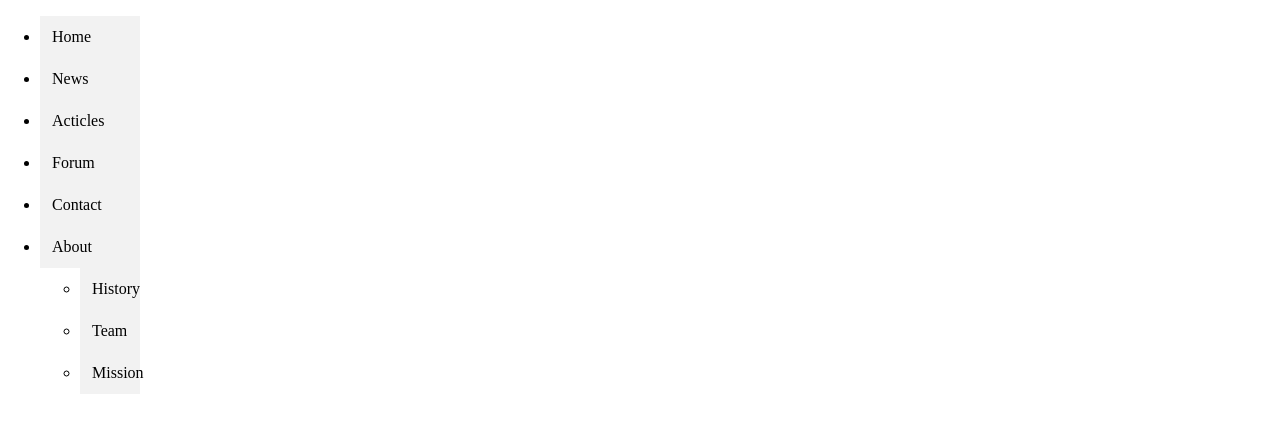
Repository: G1tHub-zer0/BTTH
Page: BTCSS/bai16+20.html
These files come from the project's save history. The page is drawn as it stood at one moment and after the next save; the edit follows.
The browser window is 1280 px wide. The pictures show the whole page.

Above is the page before, as saved 2024-03-22 19:42:44.

After the next save:
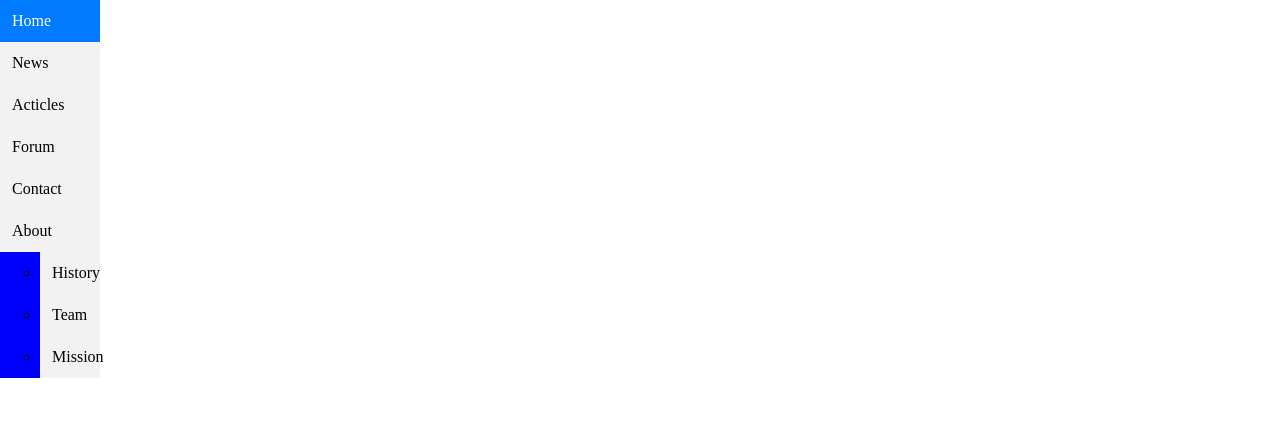
Saved 22 s later.
--- a/BTCSS/bai16+20.css
+++ b/BTCSS/bai16+20.css
@@ -5,6 +5,10 @@ body {
 }
 .menu {
   width: 100px;
+  list-style-type: none;
+  margin: 0;
+  padding: 0;
+  background-color: blue;
 }
 .menu a {
   background-color: #f2f2f2;
